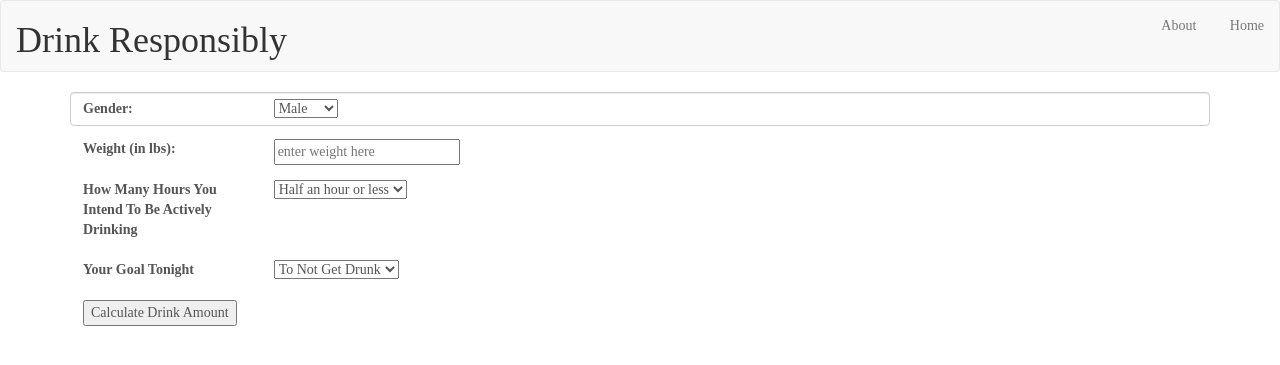
Repository: NatNat180/DrinkResponsibly
Page: http://localhost/DrinkResponsibly/form
These files come from the project's save history. The page is drawn as it stood at one moment and after the next save; the edit follows.
The browser window is 1280 px wide. The pictures show the whole page.
Some web fonts or font styles are not loaded; a fallback is used. The page is served by Tomcat 9. Other server files are loaded and not shown.

Above is the page before, as saved 2016-04-07 15:50:35.

### DrinkResponsibly/WebContent/WEB-INF/index.jsp
<%@ page language="java" contentType="text/html; charset=UTF-8"
    pageEncoding="ISO-8859-1"%>
<%@ taglib prefix="c" uri="http://java.sun.com/jsp/jstl/core" %>
<!DOCTYPE html>
<html lang="eng">
<head>
<meta http-equiv="Content-Type" content="text/html; charset=UTF-8">
<link rel="stylesheet" type="text/css" href="bootstrap/css/bootstrap.css"/>
<link rel="stylesheet" type="text/css" href="css/style.css"/>
<title>Drink Responsibly</title>
</head>
<body>
<c:import url="/WEB-INF/navigation.html"/>
<section class="container">
<form class="form-control" method="post" action="calculate-drink-amount">

<div class="form-group row">
<label class="col-sm-2 form-control-label">Gender:</label>
<div class="col-sm-10">
<select name="gender">
	<option value="male">Male</option>
	<option value="female">Female</option>
</select>
</div>
</div>

<div class="form-group row">
<label class="col-sm-2 form-control-label">Weight (in lbs):</label>
<div class="col-sm-10">
<input type="text" name="weight" placeholder="enter weight here" required>
</div>
</div>

<div class="form-group row">
<label class="col-sm-2 form-control-label">How Many Hours You Intend To Be Actively Drinking</label>
<div class="col-sm-10">
<select name="drink-time">
	<option value="0">Half an hour  or less</option>
	<option value="1">1</option>
	<option value="2">2</option>
	<option value="3">3</option>
	<option value="4">4</option>
	<option value="5">5</option>
	<option value="6">6</option>
	<option value="7">7</option>
	<option value="8">8</option>
	<option value="9">9</option>
	<option value="10">10</option>
	<option value="11">11</option>
	<option value="12">12+</option>
</select>
</div>
</div>

<div class="form-group row">
<label class="col-sm-2 form-control-label">Your Goal Tonight</label>
<div class="col-sm-10">
<select name="goal">
	<option value="drunk">To Not Get Drunk</option>
	<option value="sick">To Not Get Sick</option>
</select>
</div>
</div>

<input type="submit" value="Calculate Drink Amount" name="submit">
</form>
</section>
</body>
</html>

### DrinkResponsibly/WebContent/WEB-INF/navigation.html
<nav class="navbar navbar-default" role="navigation">
	<div class="container-fluid">
		<div class="navbar-header">
		  <h1  class="nav-title">Drink Responsibly</h1>
		</div>
		<ul class="nav navbar-nav navbar-right">
			<li id="right"><a href="">&nbsp;About</a>
			<li id="right"><a href="form">&nbsp;Home</a>
		</ul>
	</div>
	</nav>
	<!--<nav class="nav-tabs" role="navigation">
	<h1  class="nav-title">Drink Responsibly</h1>
		<ul class="nav navbar-nav navbar-right">
			<li id="right"><a href="">&nbsp;About</a>
			<li id="right"><a href="form">&nbsp;Home</a>
		</ul>
	</nav>-->

### DrinkResponsibly/src/com/application/Form.java
package com.application;

import java.io.IOException;
import javax.servlet.ServletException;
import javax.servlet.annotation.WebServlet;
import javax.servlet.http.HttpServlet;
import javax.servlet.http.HttpServletRequest;
import javax.servlet.http.HttpServletResponse;

@WebServlet("/form")
public class Form extends HttpServlet {
	private static final long serialVersionUID = 1L;

    public Form() {
        super();

    }

	protected void doPost(HttpServletRequest request, HttpServletResponse response) throws ServletException, IOException {

		doGet(request, response);
	}

	protected void doGet(HttpServletRequest request, HttpServletResponse response) throws ServletException, IOException {

		request.getServletContext().getRequestDispatcher("/WEB-INF/index.jsp").forward(request, response);
	}

}

### DrinkResponsibly/WebContent/css/style.css
@import url(https://fonts.googleapis.com/css?family=Fjalla+One|Poiret+One|Bitter|Arvo|Amatic+SC:400,700);

/*
font-family: 'Fjalla One', sans-serif;
font-family: 'Poiret One', cursive;
font-family: 'Bitter', serif;
font-family: 'Arvo', serif;
font-family: 'Amatic SC', cursive;
*/

h1 {font-family: 'Poiret One', cursive;}
body {font-family: 'Arvo', serif;}

a:hover{
	text-decoration: none;
}

form p {
	margin-top: 5px;
	margin-bottom: 5px;
}

Loaded but not shown: DrinkResponsibly/WebContent/bootstrap/css/bootstrap.css (library)

After the next save:
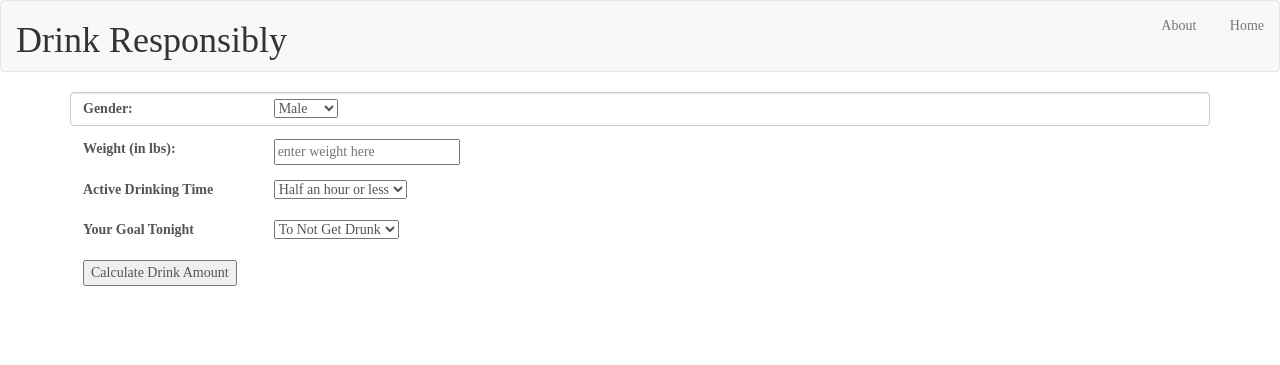
Saved 11 s later.
--- a/DrinkResponsibly/WebContent/WEB-INF/index.jsp
+++ b/DrinkResponsibly/WebContent/WEB-INF/index.jsp
@@ -32,7 +32,7 @@
 </div>
 
 <div class="form-group row">
-<label class="col-sm-2 form-control-label">How Many Hours You Intend To Be Actively Drinking</label>
+<label class="col-sm-2 form-control-label">Active Drinking Time</label>
 <div class="col-sm-10">
 <select name="drink-time">
 	<option value="0">Half an hour  or less</option>
